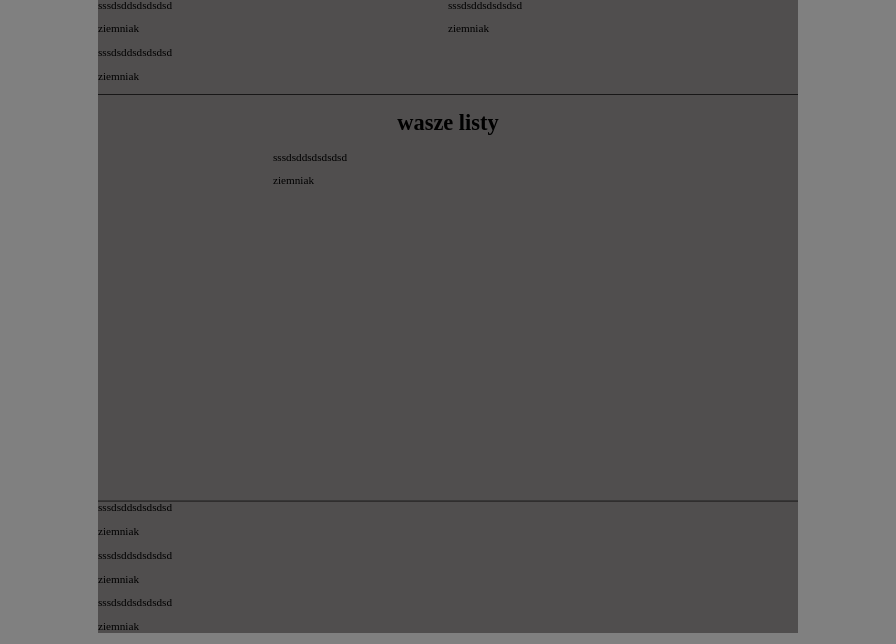
Repository: kq333/pitupitu.pl
Page: index.html
The author's editor kept a copy of each file at every save. The page is drawn from the files as they stood at one save, then again after the next save.
The browser window is 1280 px wide. The pictures show the part of the page from y = 2156 to 4076 px (the page is 3076 px tall before and 4076 px after), at 70% of full size.
The style sheet was rebuilt from its Sass, Less or Tailwind sources for each picture, by a compiler version that may differ from the author's.

Above is the page before, as saved 2020-11-04 13:06:34.

After the next save:
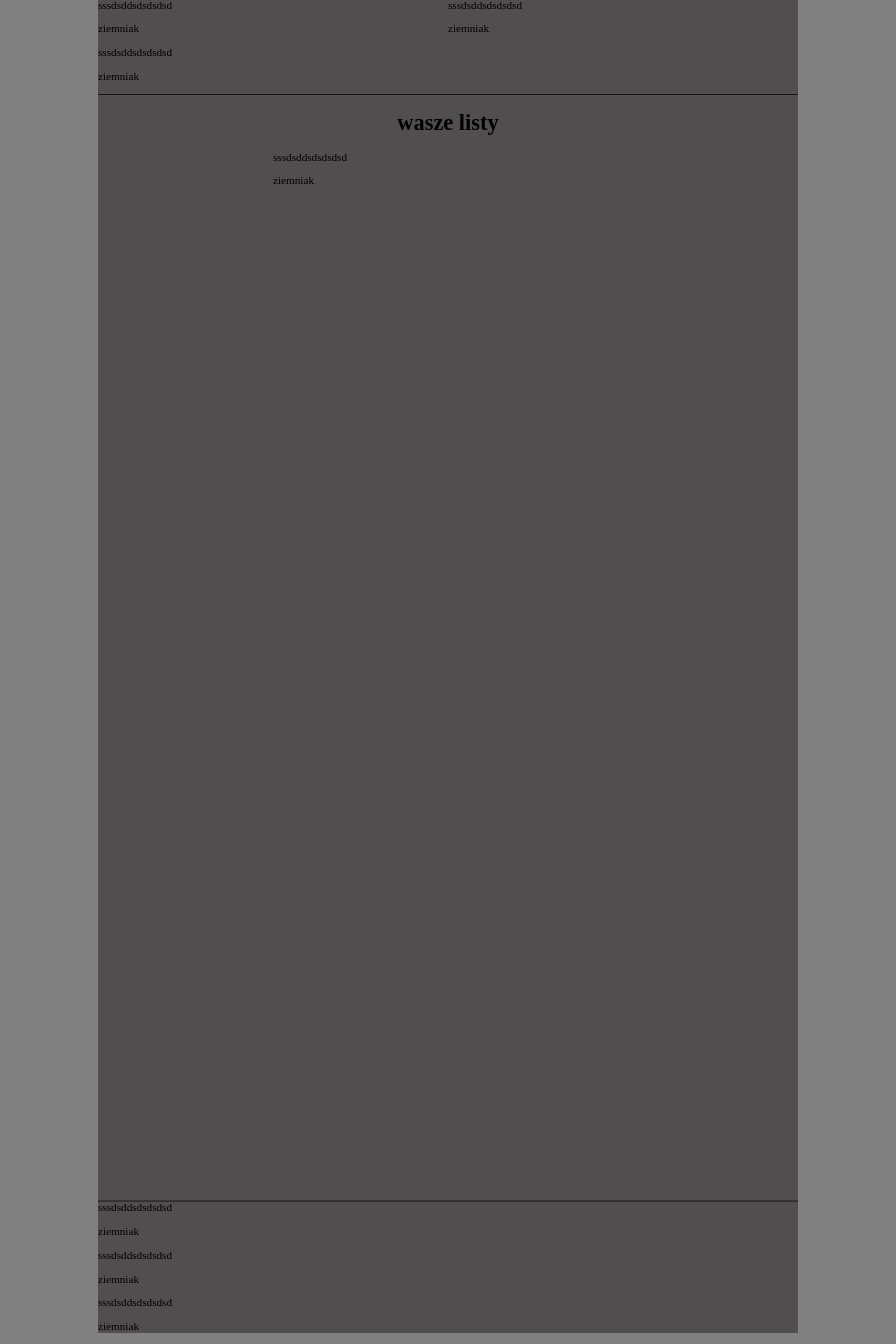
Saved 31 s later.
--- a/style/style.scss
+++ b/style/style.scss
@@ -213,7 +213,7 @@ grid-area: art26;
 
 .letters{
     width:1000px;
-    height: 500px;
+    height: 1500px;
     border-bottom: 1px solid black;
     display:grid;
     grid-template-columns: repeat(4, 1fr);
